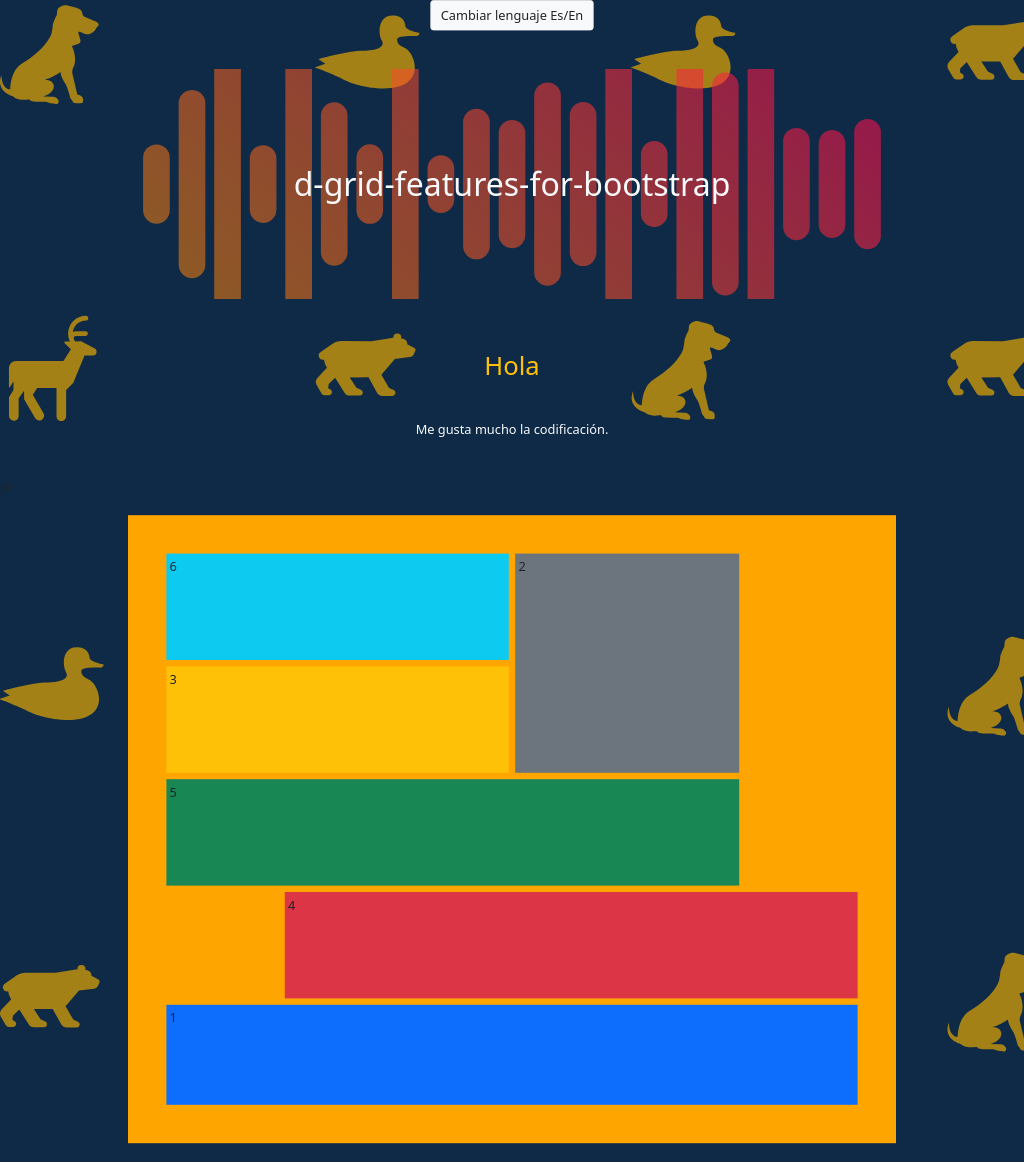
Repository: LynxPardelle/d-grid-features-for-bootstrap
Page: index.html
An editor plug-in stored every save of this project. The page is shown before and after the next save, followed by the edit.
The browser window is 1280 px wide. The pictures show the whole page, at 80% of full size.

Above is the page before, as saved 2021-10-20 23:51:04.

After the next save:
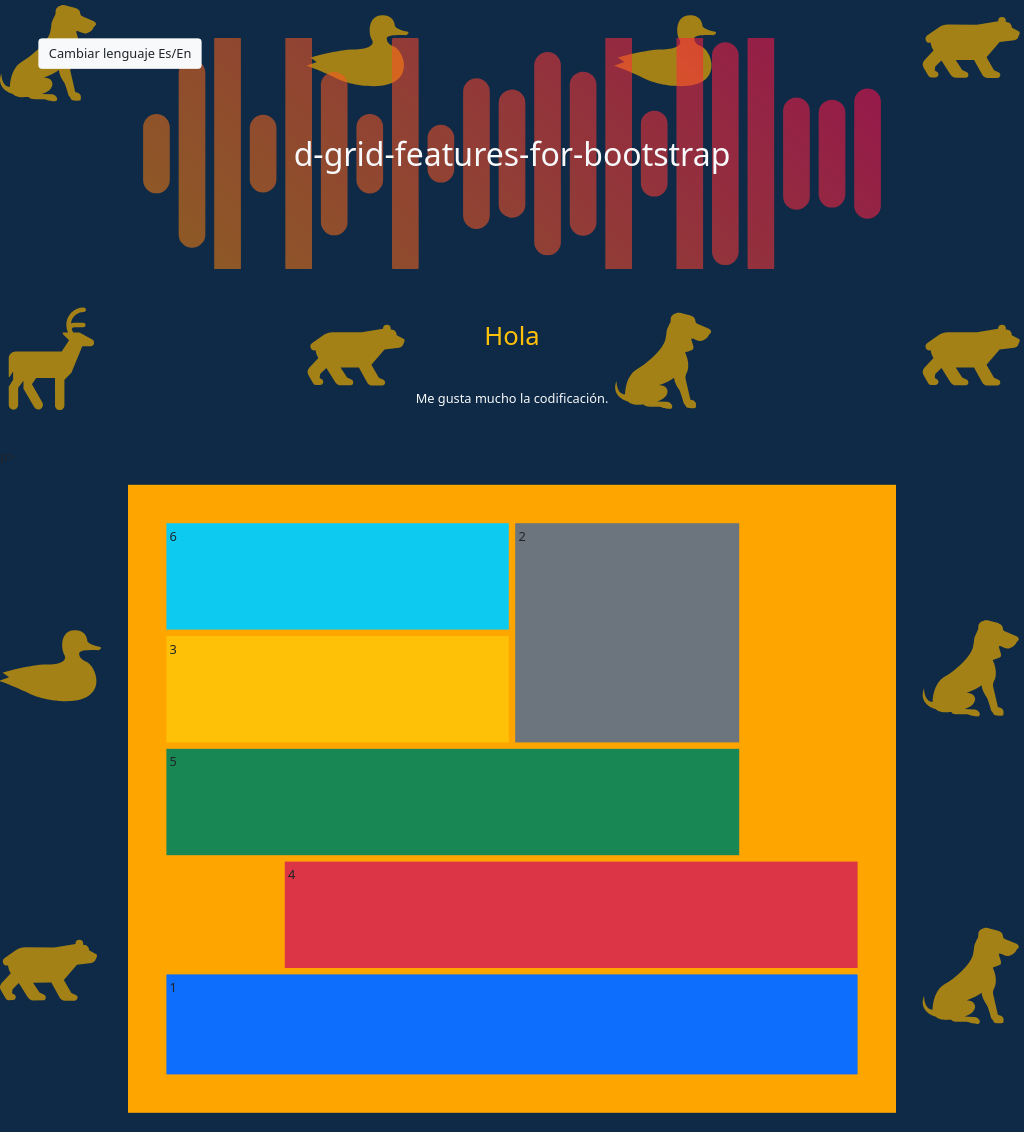
Saved 44 s later.
--- a/index.html
+++ b/index.html
@@ -31,7 +31,7 @@
   </head>
   <body>
     <!-- Change Languaje -->
-    <button id="switch-lang" onclick="SwitchLang()" class=" d-block mx-auto btn btn-light text-dark ">
+    <button id="switch-lang" onclick="SwitchLang()" class="d-block btn btn-light text-dark position-absolute top-0 mt-5 ms-5">
       <span data-lang="en">
         Switch Language Es/En
       </span>
@@ -39,8 +39,8 @@
         Cambiar lenguaje Es/En
       </span>
     </button>
+
     <h1 class="text-center text-light my-5">d-grid-features-for-bootstrap</h1>
-
 
     <h2 class="text-center text-light p-3 m-3">
       <span data-lang="en" class="text-warning">Hello</span>
